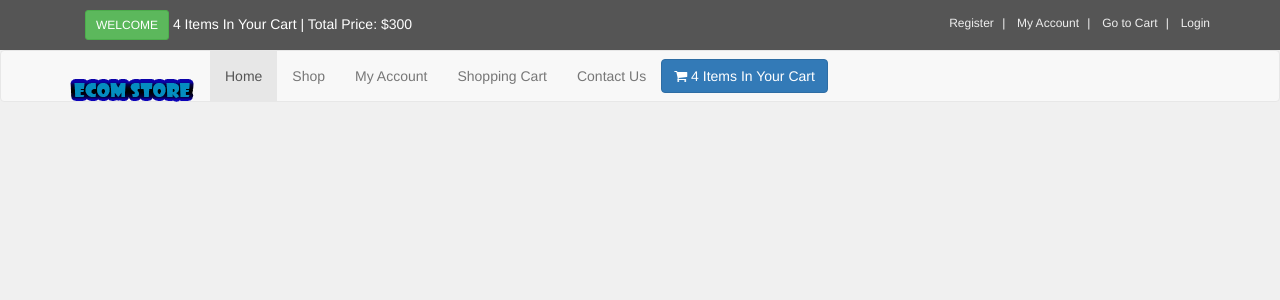
Repository: truonghuynhquy/M_Dev_Store
Page: http://localhost/
An editor plug-in stored every save of this project. The page is shown before and after the next save, followed by the edit.
The browser window is 1280 px wide. The pictures show the whole page.
The page is run by PHP 8.4 with error messages shown; the project is at /var/www/html/.

Above is the page before, as saved 2022-09-20 22:19:40.

### index.php
<!DOCTYPE html>
<html lang="en">

<head>
    <meta charset="UTF-8">
    <meta http-equiv="X-UA-Compatible" content="IE=edge">
    <meta name="viewport" content="width=device-width, initial-scale=1.0">
    <title>M-Dev Shop</title>
    <link rel="stylesheet" href="styles/bootstrap-337.min.css">
    <link rel="stylesheet" href="styles/style.css">
    <link rel="stylesheet" href="font-awsome/css/font-awesome.min.css">
</head>

<body>
    <div id="top">
        <!--  Top:     Begin  -->

        <div class="container">
            <!--  Container:     Begin  -->
            <div class="col-md-6 offer">
                <!--  col-md-6 offer:     Begin  -->
                <a href="#" class="btn btn-success btn-sm">Welcome</a>
                <a href="checkout.php">4 Items In Your Cart | Total Price: $300</a>
            </div><!--  col-md-6:     Finish  -->

            <div class="col md-6">
                <!--  col-md-6:     Begin  -->

                <ul class="menu">
                    <!--  menu:     Begin  -->
                    <li>
                        <a href="customer_register.php">Register</a>
                    </li>
                    <li>
                        <a href="checkout.php">My Account</a>
                    </li>
                    <li>
                        <a href="cart.php">Go to Cart</a>
                    </li>
                    <li>
                        <a href="checkout.php">Login</a>
                    </li>

                </ul><!--  menu:     Finish  -->

            </div><!--  col-md-6:     Finish  -->

        </div><!--  Container:     Finish  -->

    </div><!--  Top:    Finish  -->


    <div id="navbar" class="navbar navbar-default">
        <!--  navbar navbar-default:    Begin  -->

        <div class="container">
            <!--  container:    Begin  -->

            <div class="nav-header">
                <!--  nav-header:    Begin  -->

                <a href="index.php" class="navbar-brand home">
                    <!-- navbar-brand home Begin -->

                    <img src="images/ecom-store-logo.png" alt="M-dev-Store Logo" class="hidden-xs">
                    <img src="images/ecom-store-logo-mobile.png" alt="M-dev-Store Logo Mobile" class="visible-xs">

                </a><!-- navbar-brand home Finish -->

                <button class="navbar-toggle" data-toggle="collapse" data-target="#navigation">

                    <span class="sr-only">Toggle navigation</span>

                    <i class="fa fa-align-justify"></i>

                </button>

                <button class="navbar-toggle" data-toggle="collapse" data-target="#search">

                    <span class="sr-only">Toggle Search</span>

                    <i class="fa fa-search"></i>

                </button>

            </div><!--  nav-header:    Finish  -->

            <div class="collapse navbar-collapse" id="navigation">
                <!-- navbar-collapse collapse Begin -->

                <div class="padding-nav">
                    <!-- padding-nav Begin -->

                    <ul class="nav navbar-nav left">
                        <!-- nav navbar-nav left Begin -->

                        <li class="active">
                            <a href="index.php">Home</a>
                        </li>
                        <li>
                            <a href="shop.php">Shop</a>
                        </li>
                        <li>
                            <a href="checkout.php">My Account</a>
                        </li>
                        <li>
                            <a href="cart.php">Shopping Cart</a>
                        </li>
                        <li>
                            <a href="contact.php">Contact Us</a>
                        </li>

                    </ul><!-- nav navbar-nav left Finish -->

                </div><!-- padding-nav Finish -->

                <a href="cart.php" class="btn navbar-btn btn-primary right">

                <!-- btn navbar-btn btn-primary Begin -->

                    <i class="fa fa-shopping-cart"></i>

                    <span>4 Items In Your Cart</span>

                </a><!-- btn navbar-btn btn-primary Finish -->

            </div><!-- navbar-collapse collapse Finish -->

        </div><!--  container:    Finish  -->

    </div><!--  navbar navbar-default:    Finish  -->


    <script src="js/jquery-331.min.js"></script>
    <script src="js/bootstrap-337.min.js"></script>


</body>

</html>

### styles/style.css
/* Generated Styles */

body {
    font-size: 14px;
    line-height: 1.428571429;
    color: #333333;
    background-color: #f0f0f0;
    overflow: hidden;
}

/* Top Styles */

#top {
    background-color: #555555;
    padding: 10px 0;
}
#top .offer {
    color: #ffffff;
}
#top .offer .btn {
    text-transform: uppercase;
}
@media(max-width:991px) {
    #top .offer {
        padding: 10px;
    }
}
@media(max-width:991px) {
    #top {
        font-size: 12px;
        text-align: center;
    }
}
#top a{
    color: #ffffff;
}
#top ul.menu{
    padding-top: 5px;
    margin: 0px;
    text-align: right;
    font-size: 12px;
    list-style: none;
}
@media(max-width:991px) {
    #top ul.menu{
        text-align: center;;
    }
}
#top ul.menu > li {
    display: inline-block;
}
#top ul.menu > li a {
    color: #eeeeee;
}
#top ul.menu > li + li::before {
    content: "|\00a0";
    color: #f7f7f7;
    padding: 0 5px;
}

Loaded but not shown: styles/bootstrap-337.min.css (library); font-awsome/css/font-awesome.min.css (library); js/jquery-331.min.js (library); js/bootstrap-337.min.js (library)

After the next save:
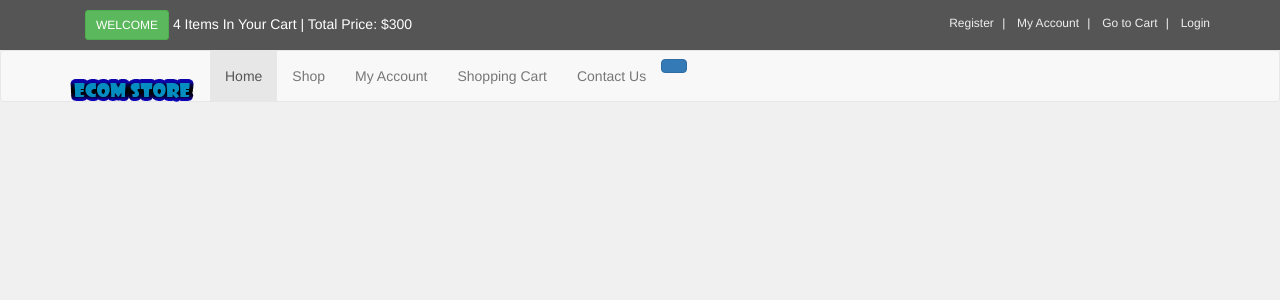
Saved 3 min 15 s later.
--- a/index.php
+++ b/index.php
@@ -118,9 +118,9 @@
 
                 <!-- btn navbar-btn btn-primary Begin -->
 
-                    <i class="fa fa-shopping-cart"></i>
+                    <!-- <i class="fa fa-shopping-cart"></i>
 
-                    <span>4 Items In Your Cart</span>
+                    <span>4 Items In Your Cart</span> -->
 
                 </a><!-- btn navbar-btn btn-primary Finish -->
 

After the save that followed:
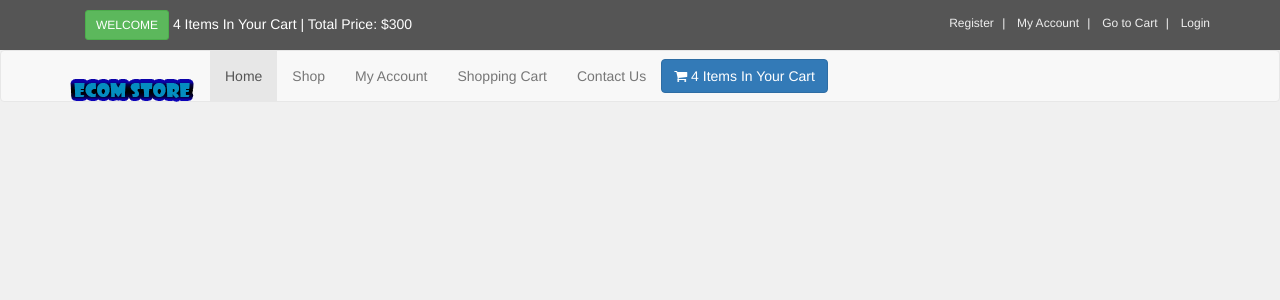
Saved 2 min 25 s later.
--- a/index.php
+++ b/index.php
@@ -118,9 +118,9 @@
 
                 <!-- btn navbar-btn btn-primary Begin -->
 
-                    <!-- <i class="fa fa-shopping-cart"></i>
+                    <i class="fa fa-shopping-cart"></i>
 
-                    <span>4 Items In Your Cart</span> -->
+                    <span>4 Items In Your Cart</span>
 
                 </a><!-- btn navbar-btn btn-primary Finish -->
 
